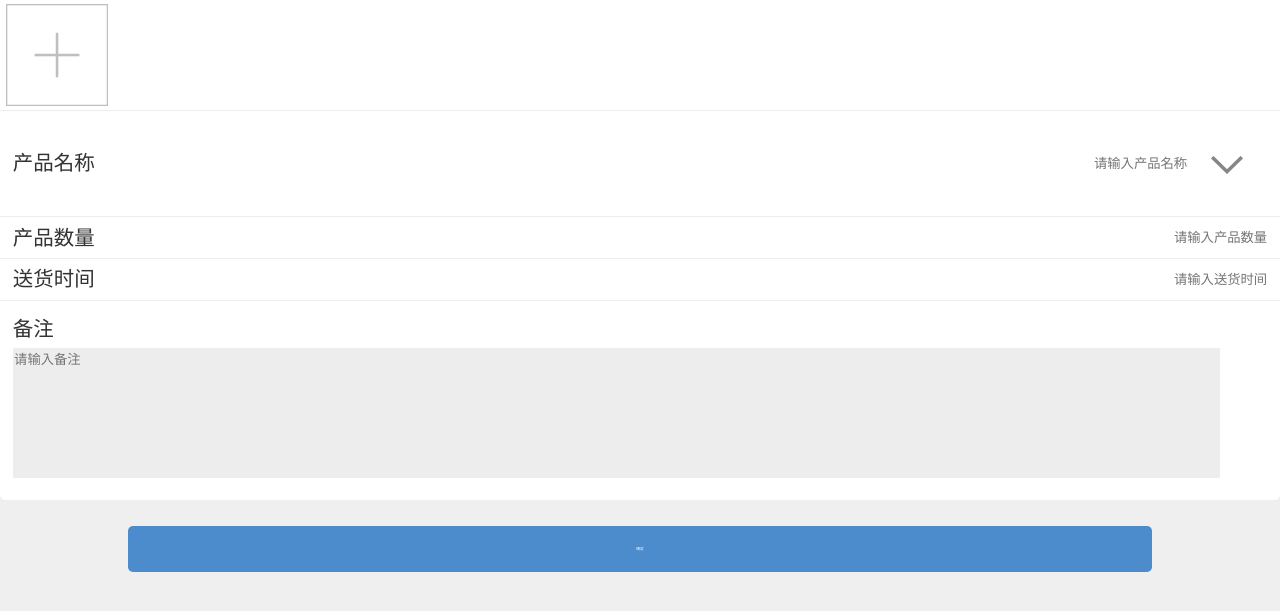
Repository: missing-star/produce
Page: Cbuyer.html
These files come from the project's save history. The page is drawn as it stood at one moment and after the next save; the edit follows.
The browser window is 1280 px wide. The pictures show the whole page.

Above is the page before, as saved 2019-05-20 15:35:15.

### Cbuyer.html
<!DOCTYPE html>
<html lang="en">

<head>
    <meta charset="UTF-8">
    <meta content="width=device-width, initial-scale=1.0, maximum-scale=1.0, user-scalable=0;" name="viewport" />
    <meta http-equiv="X-UA-Compatible" content="ie=edge">
    <title>采购订单</title>
    <link rel="stylesheet" href="css/Cbuyer.css">
    <link rel="stylesheet" href="css/base.css">
    <link rel="stylesheet" href="css/weui.min.css">
    <link rel="stylesheet" href="css/jquery-weui.min.css">
</head>

<body>
    <div id="app">
        <div class="buyer">
            <div class="buyer_wrap">
                <img class="buyer_img" @click="uploadEvent" :src="avter==''?'img/upload.png':avter" alt="">
                <input type="file" @change="uploadImg($event)" id="order-img" hidden>
            </div>
            <ul class="buyer_uu">
                <li>
                    <span>产品名称</span>
                    <div class="box">
                        <input type="text" v-model="title" placeholder="请输入产品名称" id="hh">
                        <!-- <span>请输入产品名称</span> -->
                        <!-- <span class="next" @click="select"></span> -->
                        <img  src="img/xia.png" class="dropdown-icon">
                        <!-- <select name="" id="">
                            <option>1</option>
                            <option>2</option>
                            <option>3</option>
                            <option>4</option>
                        </select> -->
                    </div>

                </li>
                <li>
                    <span>产品数量</span>
                    <div class="box">
                        <!-- <span>请输入产品数量</span> -->
                        <input type="text" placeholder="请输入产品数量" id="">
                        <!-- <img class="next" src="img/xia.png" alt=""> -->
                    </div>
                </li>
                <li>
                    <span>送货时间</span>
                    <div class="box">
                        <!-- <span>请输入产品数量</span> -->
                        <input @input="formatDate($event)" type="text" readonly placeholder="请输入送货时间" id="date-picker">
                        <!-- <img class="next" src="img/xia.png" alt=""> -->
                    </div>
                </li>
            </ul>
            <div class="buyer_text">
                <p>备注</p>
                <textarea placeholder="请输入备注" name="" id="" cols="30" rows="10"></textarea>
            </div>
        </div>

        <div class="edit_btn">确定</div>
    </div>
</body>

</html>
<script src="js/jquery.min.js"></script>
<script src="js/vue.js"></script>
<script src="js/weui.min.js"></script>
<script src="js/api.js"></script>
<script src="js/jquery.combo.select.js"></script>
<script src="js/Cbuyer.js"></script>

### css/Cbuyer.css
.buyer {
    width: 100%;
    background: rgba(255, 255, 255, 1);
    border-radius: 0px 0px 5px 5px;
}

.buyer_wrap {
    padding: 0.16rem 0 0.13rem 0.22rem;
    line-height: 0;
}

.buyer_img {
    width: 4rem;
    height: 4rem;
}

.buyer_uu li {
    font-size: 0.8rem;
    border-top: 1px solid #EDEDED;
    display: flex;
    align-items: center;
    justify-content: space-between;
    padding: 0.5rem;
    line-height: 0.4rem;
    color: #333333;
}

.box {
    display: flex;
    align-items: center;
    justify-content: flex-end;
}

.box>input {
    text-align: right;
    border: 0;
    outline: none;
    background: transparent;
    color: #868686;
}

.next {
    display: block;
    width: 0.3rem;
    height: 0.3rem;
    background: url(../img/xia.png)no-repeat;
    background-size: 100% 100%;
    line-height: 0.3rem;
}

.buyer_text {
    font-size: 0.8rem;
    color: #333333;
    padding: 0.5rem;
    border-top: 1px solid #EDEDED;
}

textarea {
    width: 96%;
    height: 5rem;
    background: rgba(237, 237, 237, 1);
    border-radius: 0.05rem;
    margin-top: 0.08rem;
    border: 0;
    resize: none;
    outline: none;
    padding: 0.03rem 0.05rem;
}

.edit_btn {
    width: 80%;
    height: 1.8rem;
    background: rgba(76, 139, 204, 1);
    border-radius: 5px;
    font-size: 0.15rem;
    color: rgba(255, 255, 255, 1);
    text-align: center;
    line-height: 1.8rem;
    margin: 1rem auto;
}

#Svalue {
    width: 0.3rem;
    height: 0.3rem;
    background: url(../img/xia.png)no-repeat;
    background-size: 100% 100%;
    /* color: transparent; */
}

### css/base.css
/* http://meyerweb.com/eric/tools/css/reset/
   v2.0 | 20110126
   License: none (public domain)
*/

html,
body,
div,
span,
applet,
object,
iframe,
h1,
h2,
h3,
h4,
h5,
h6,
p,
blockquote,
pre,
a,
abbr,
acronym,
address,
big,
cite,
code,
del,
dfn,
em,
img,
ins,
kbd,
q,
s,
samp,
small,
strike,
strong,
sub,
sup,
tt,
var,
b,
u,
i,
center,
dl,
dt,
dd,
ol,
ul,
li,
fieldset,
form,
label,
legend,
table,
caption,
tbody,
tfoot,
thead,
tr,
th,
td,
article,
aside,
canvas,
details,
embed,
figure,
figcaption,
footer,
header,
hgroup,
menu,
nav,
output,
ruby,
section,
summary,
time,
mark,
audio,
video {
    margin: 0;
    padding: 0;
    border: 0;
    font-size: 100%;
    font: inherit;
    vertical-align: baseline;
}

/* HTML5 display-role reset for older browsers */
article,
aside,
details,
figcaption,
figure,
footer,
header,
hgroup,
menu,
nav,
section {
    display: block;
}

body {
    line-height: 1;
}

ol,
ul {
    list-style: none;
}

blockquote,
q {
    quotes: none;
}

blockquote:before,
blockquote:after,
q:before,
q:after {
    content: '';
    content: none;
}

table {
    border-collapse: collapse;
    border-spacing: 0;
}


body,
html {
    font-size: calc(100vw / 3.75);
    background: #efefef;
    font-family: PingFangSC-Regular;
}


[v-cloak] {
    display: none;
}


hr {
    margin: 0;
    padding: 0;
}

/* .container {
    width: 90%;
    max-width: 1200px;
    margin: 0 auto;
} */

.toast-tips {
    width: 36%;
    background: #323232;
    color: #fff;
    font-size: 12px;
    position: fixed;
    padding: 8px 20px;
    border-radius: 5px;
    left: 32%;
    bottom: 50%;
    text-align: center;
    box-sizing: border-box;
    line-height: 1.5;
}

### js/api.js
var api = "http://caigou.pzhkj.cn"




function getUrlKey(name) {
    return decodeURIComponent((new RegExp('[?|&]' + name + '=' + '([^&;]+?)(&|#|;|$)').exec(location.href) || [, ""])[1].replace(/\+/g, '%20')) || null
}

// 信息提示框
function toast(msg) {
    var toastWrapper = '<div class="toast-tips">'+msg+'</div>';
    $('body').append(toastWrapper);
    setTimeout(function() {
        $('.toast-tips').fadeOut(1000);
        setTimeout(function(){
        $('.toast-tips').remove();
        }, 1000);
    }, 500);
}
// 混入过滤器
Vue.mixin({
    filters:{
        filterImg(url) {
            return api+url;
        }
    }
});

### js/Cbuyer.js
var xm = new Vue({
    el: "#app",
    data: {
        avter: '',
        title: '',
    },
    methods: {
        select() {
            alert(11)
            //  $(".next").find('select.Svalue').click();
            // document.getElementById('Svalue').click();
            document.getElementById("Svalue").click()
            // document.getElementById
            console.log(document.getElementById('Svalue'))
        },
        ddl_change() {
            this.title = $("#Svalue").val()
        },
        uploadEvent() {
            // 点击上传文件事件
            $('#order-img').click();
        },
        formatDate(e) {
            // 格式化日期
            var newDate = new Date(e.target.value);
            console.log(newDate.getFullYear(),newDate.getMonth()+1,newDate.getDate(),newDate.getHours(),newDate.getMinutes());
        },
        uploadImg(e) {
            var formData = new FormData();
            formData.append('file', e.target.files[0]);
            // 上传图片
            $.ajax({
                url: api + '/api/common/upload',
                type:'post',
                async: false,
                contentType: false,
                processData: false,
                data: formData,
                success: function (data) {

                },
                error: function () {
                    toast('服务器异常');
                }
            });
        },
        addOrder() {
            // 上传采购记录
            $.post(api + '/api/purchase/creOrder', {
                    product_name: this.title,
                    // 商品数量
                    qty: 1,
                    product_image: '',
                    delivery_at: ''
                }, function (data) {

                }, 'json')
                .fail(function (err) {
                    toast('服务器异常!');
                });
        }

    },
    created() {
        this.$nextTick(() => {
            console.log(777);
            $("#date-picker").datetimePicker();
        });
    }

});




$(function () {
    $('select').comboSelect();

    $('.show').on('click', function (e) {
        $('select').focus();
        e.preventDefault();
    });

    $('.show').on('click', function (e) {
        $('select').trigger('comboselect:close');
        e.preventDefault();
    });
});

Loaded but not shown: css/weui.min.css (library); css/jquery-weui.min.css (library); js/jquery.min.js (library); js/vue.js (library); js/weui.min.js (library); js/jquery.combo.select.js (library)

After the next save:
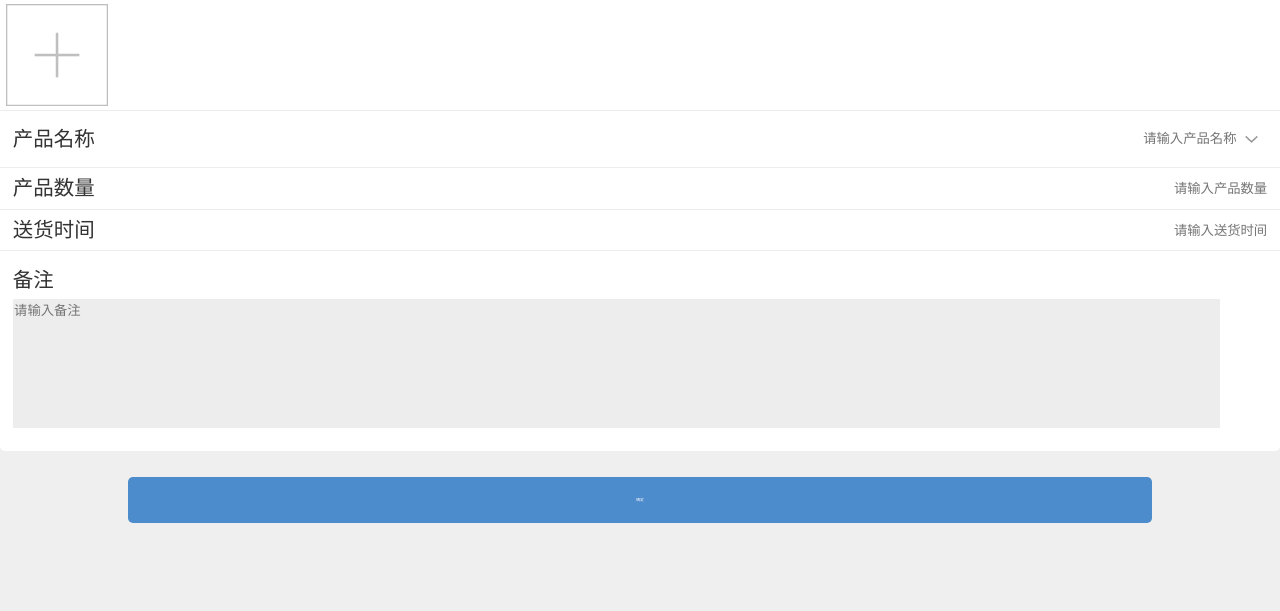
Saved 55 s later.
--- a/css/Cbuyer.css
+++ b/css/Cbuyer.css
@@ -86,3 +86,6 @@ textarea {
     background-size: 100% 100%;
     /* color: transparent; */
 }
+img.dropdown-icon {
+    width: 1.2rem;
+}
